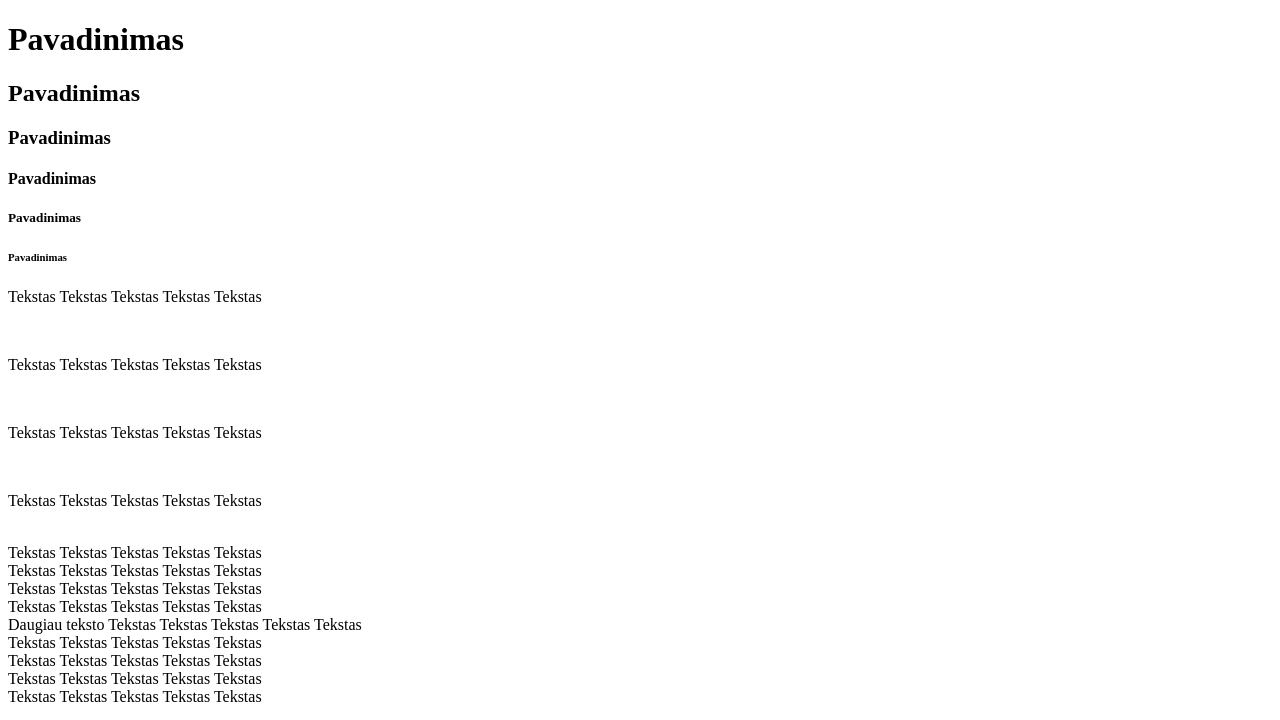
Repository: motiejus1/01-paskait
Page: pirmas.html
An editor plug-in stored every save of this project. The page is shown before and after the next save, followed by the edit.
The browser window is 1280 px wide. The pictures show the whole page.

Above is the page before, as saved 2021-05-31 20:27:20.

After the next save:
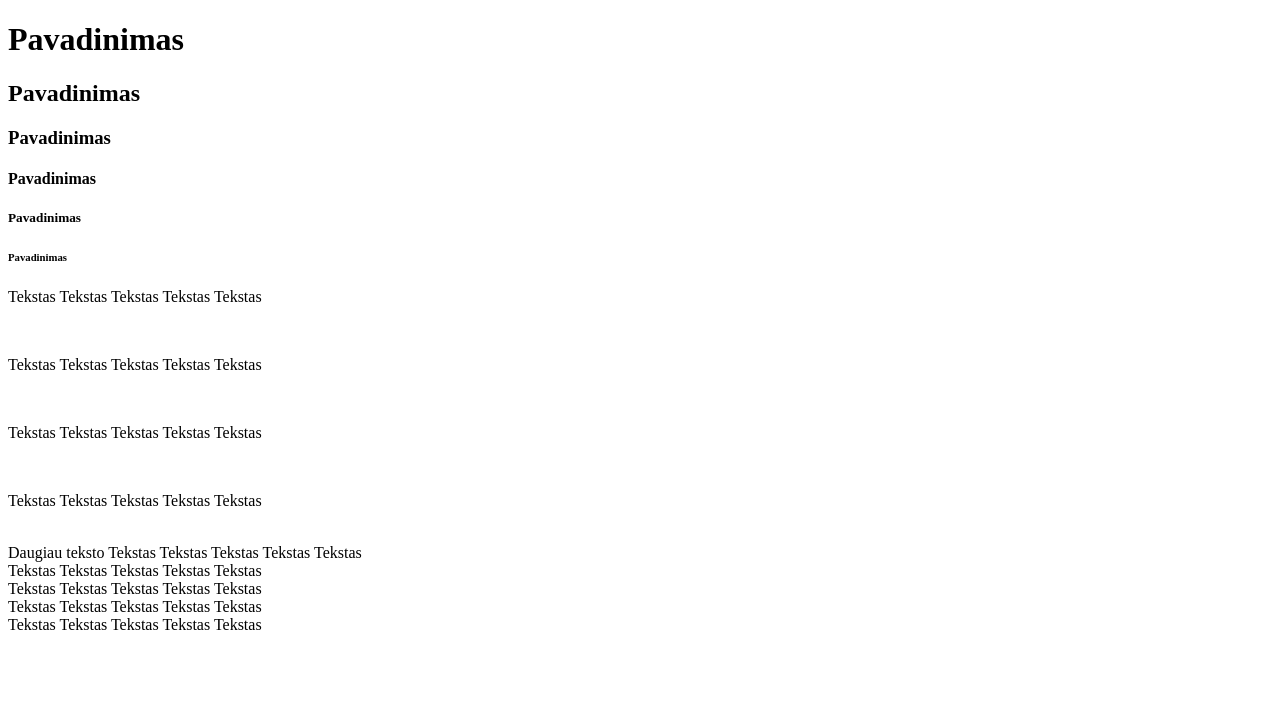
Saved 5 s later.
--- a/pirmas.html
+++ b/pirmas.html
@@ -21,10 +21,6 @@
         <p>Tekstas Tekstas Tekstas Tekstas Tekstas</p><br>
         <p>Tekstas Tekstas Tekstas Tekstas Tekstas</p><br>
         <p>Tekstas Tekstas Tekstas Tekstas Tekstas</p><br>
-        Tekstas Tekstas Tekstas Tekstas Tekstas<br>
-        Tekstas Tekstas Tekstas Tekstas Tekstas<br>
-        Tekstas Tekstas Tekstas Tekstas Tekstas<br>
-        Tekstas Tekstas Tekstas Tekstas Tekstas<br>
 
         Daugiau teksto
 
